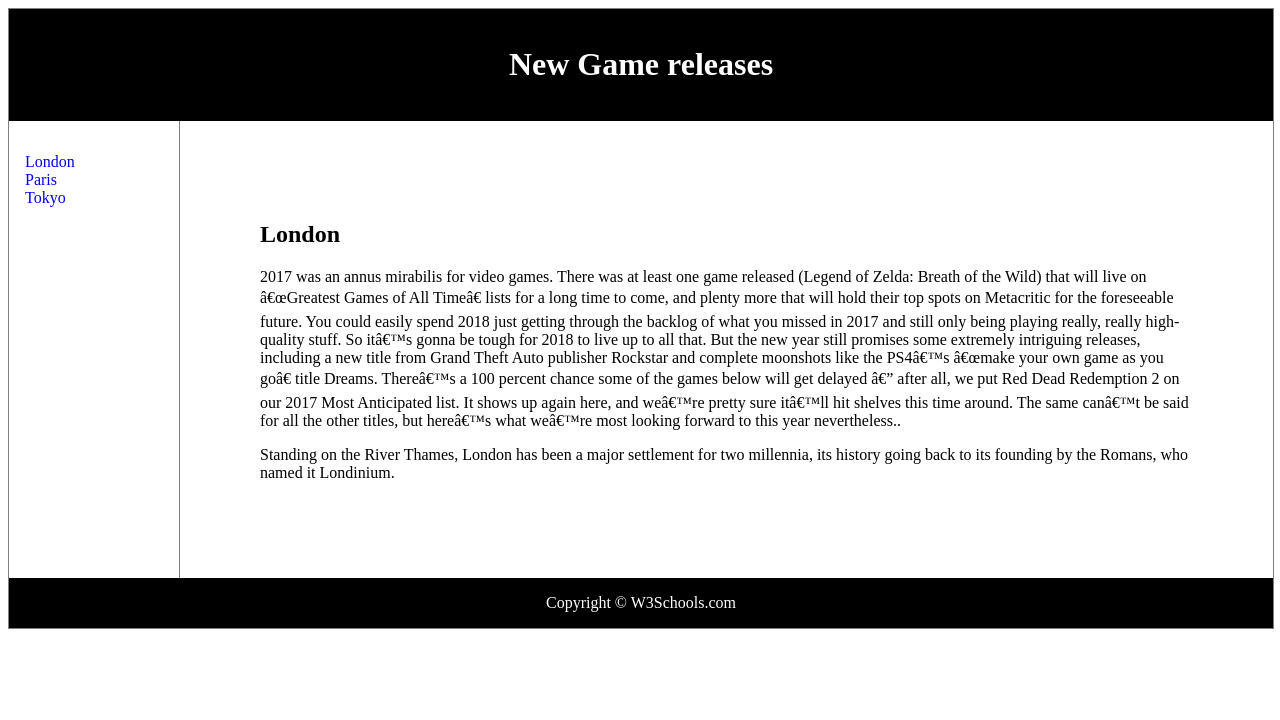
Repository: nimal96/Online-Gaming-Site---2nd-year-1st-semester-project
Page: http://localhost/project/article.jsp
An editor plug-in stored every save of this project. The page is shown before and after the next save, followed by the edit.
The browser window is 1280 px wide. The pictures show the whole page.
The page is served by Tomcat 9.

Above is the page before, as saved 2018-05-17 09:32:42.

After the next save:
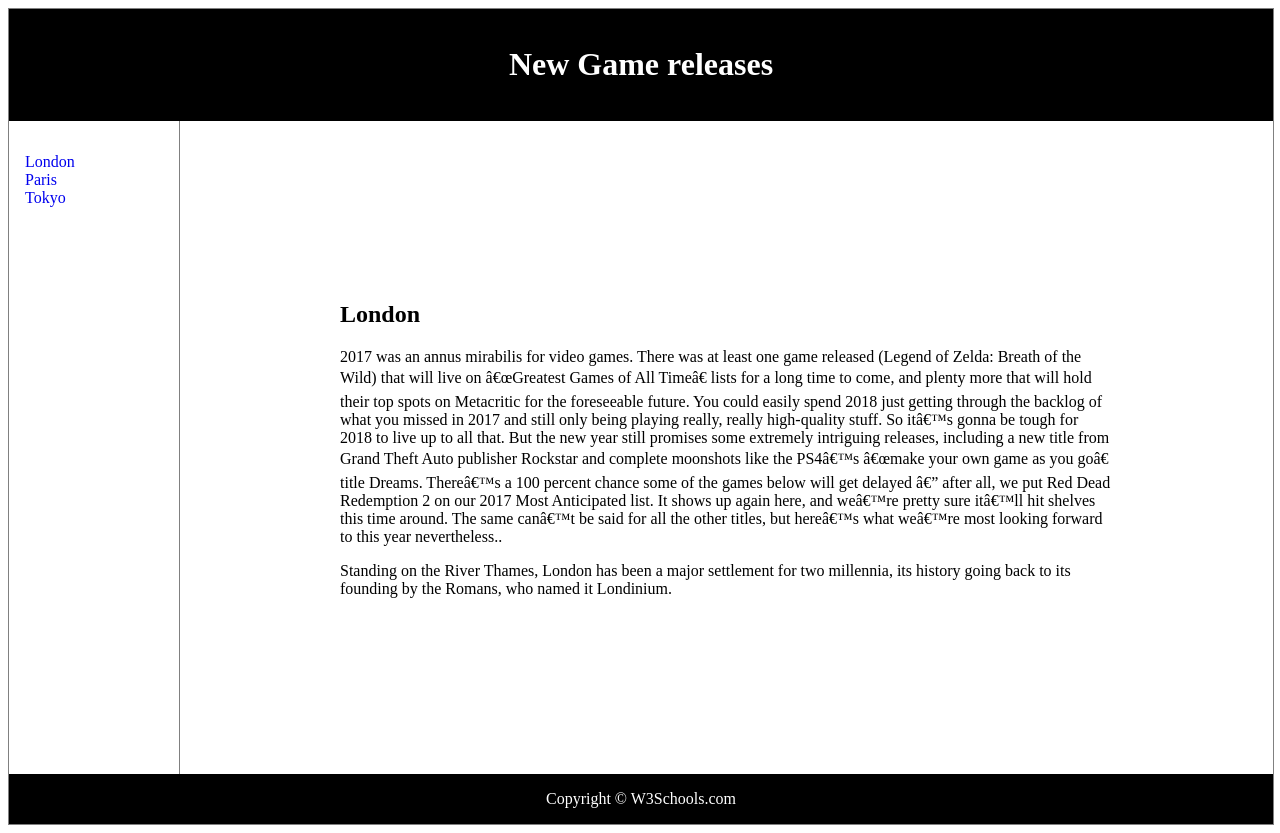
Saved 13 s later.
--- a/project/WebContent/article.jsp
+++ b/project/WebContent/article.jsp
@@ -35,7 +35,7 @@
 article {
     margin-left: 170px;
     border-left: 1px solid gray;
-    padding: 5em;
+    padding: 10em;
     overflow: hidden;
 }
 </style>
